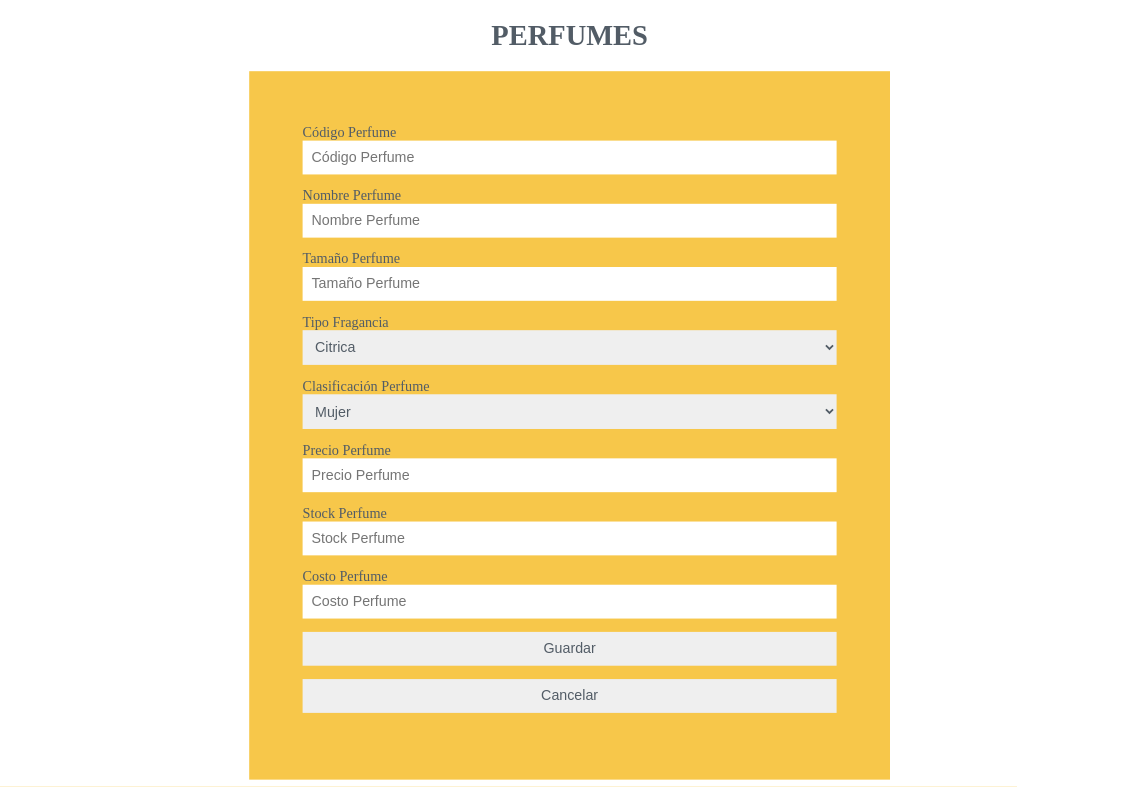
Repository: alejamorenovallejo/arosmile
Page: perfume.html
These files come from the project's save history. The page is drawn as it stood at one moment and after the next save; the edit follows.
The browser window is 1280 px wide. The pictures show the whole page, at 89% of full size.

Above is the page before, as saved 2021-09-12 02:27:03.
Not found: main.js

### perfume.html
<!DOCTYPE html>
<html>
  <head>
    <meta charset="utf-8" />
    <meta http-equiv="X-UA-Compatible" content="IE=edge" />
    <title>Perfumes</title>
    <meta name="viewport" content="width=device-width, initial-scale=1" />
    <link
      rel="stylesheet"
      type="text/css"
      media="screen"
      href="css/style.css"
    />
    <script src="main.js"></script>
  </head>
  <body>
    <header></header>
    <main>
        <h1>PERFUMES</h1>
        <form action="" method="POST">
          <label for="codigo_perfume">
            <span>Código Perfume</span>
            <input
              type="text"
              id="codigo_perfume"
              name="codigo_perfume"
              placeholder="Código Perfume"
            />
          </label>
          <label for="nombre_perfume">
            <span>Nombre Perfume</span>
            <input
              type="text"
              id="nombre_perfume"
              name="nombre_perfume"
              placeholder="Nombre Perfume"
            />
          </label>
          <label for="tamano_perfume">
            <span>Tamaño Perfume</span>
            <input
              type="number"
              id="tamano_perfume"
              name="tamano_perfume"
              placeholder="Tamaño Perfume"
            />
          </label>
          <label for="tipo_frangancia">
            <span>Tipo Fragancia</span>
            <select
              name="tipo_frangancia"
              id="tipo_frangancia"
              placeholder="Tipo Fragancia"
            >
              <option value="1">Citrica</option>
            </select>
          </label>
          <label for="clasificacion_perfume">
            <span>Clasificación Perfume</span>
            <select
              name="clasificacion_perfume"
              id="clasificacion_perfume"
              placeholder="Clasificación Perfume"
            >
              <option value="1">Mujer</option>
              <option value="2">Hombre</option>
              <option value="3">Infantil</option>
            </select>
          </label>
          <label for="precio_perfume">
            <span>Precio Perfume</span>
            <input
              type="number"
              id="precio_perfume"
              name="precio_perfume"
              placeholder="Precio Perfume"
            />
          </label>
          <label for="stock_perfume">
            <span>Stock Perfume</span>
            <input
              type="number"
              id="stock_perfume"
              name="stock_perfume"
              placeholder="Stock Perfume"
            />
          </label>
          <label for="costo_perfume">
            <span>Costo Perfume</span>
            <input
              type="number"
              id="costo_perfume"
              name="costo_perfume"
              placeholder="Costo Perfume"
            />
          </label>
          <input
            type="submit"
            id="guardar_perfume"
            name="guardar_perfume"
            value="Guardar"
          />
          <input
            type="button"
            id="cancelar_perfume"
            name="cancelar_perfume"
            value="Cancelar"
          />
        </form>
    </main>
  </body>
</html>

### css/style.css
form {
  padding: 60px;
  max-width: 600px;
  background-color: #F7C74A;
  margin: 0 auto;
}
form input, form select{
    margin-bottom: 15px;
    width: 100%;
    padding: 10px;
    box-sizing: border-box;
    border: none;
    color: #525c66;
    font-size: 1em;
    resize: horizontal;
}

h1 {
    text-align: center;
    color: #525c66;

}

label {
    font-size: 1em;
    color: #525c66;

}

After the next save:
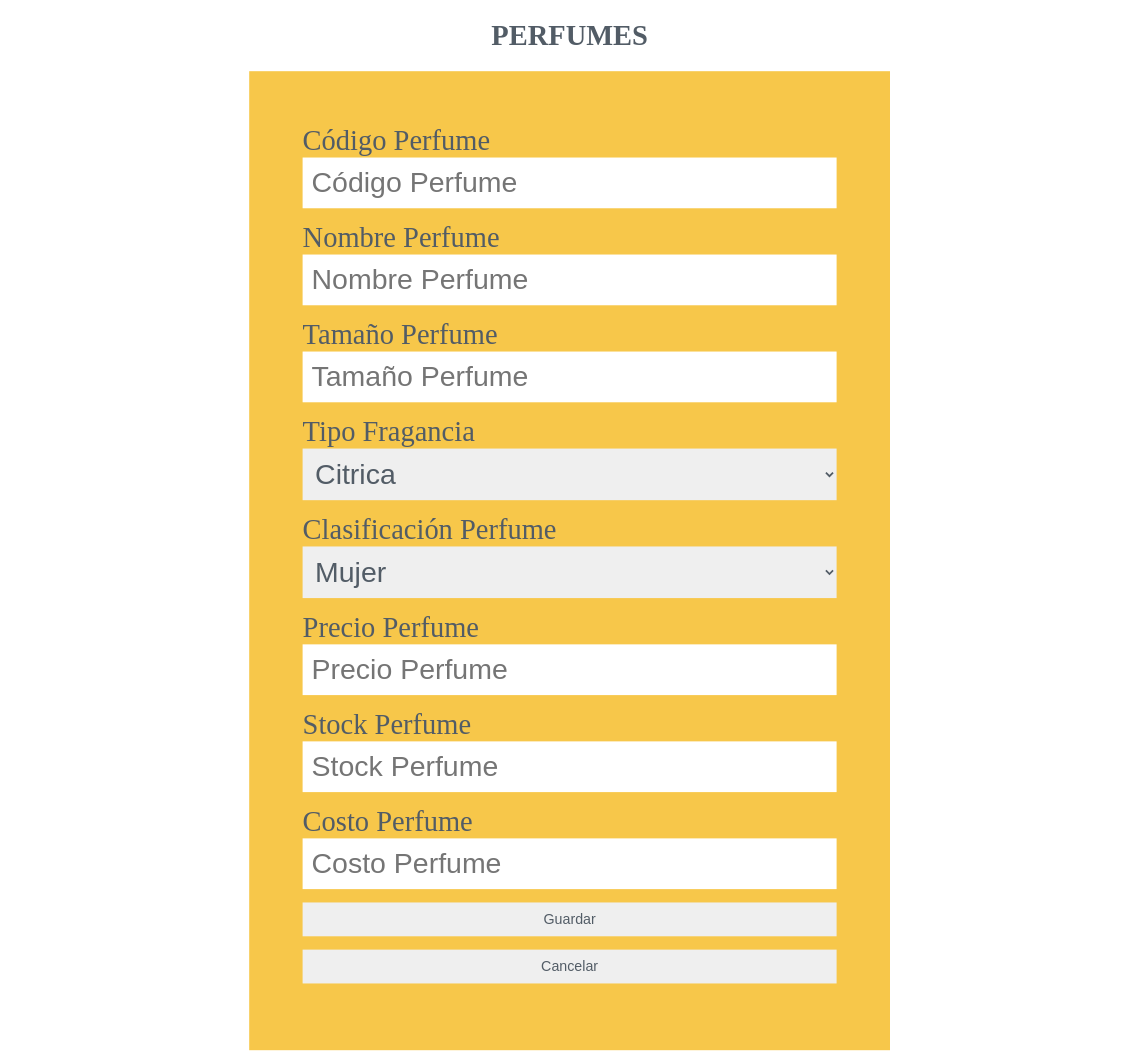
Saved 16 s later.
--- a/css/style.css
+++ b/css/style.css
@@ -22,7 +22,7 @@
 }
 
 label {
-    font-size: 1em;
+    font-size: 2em;
     color: #525c66;
 
 }

After the save that followed:
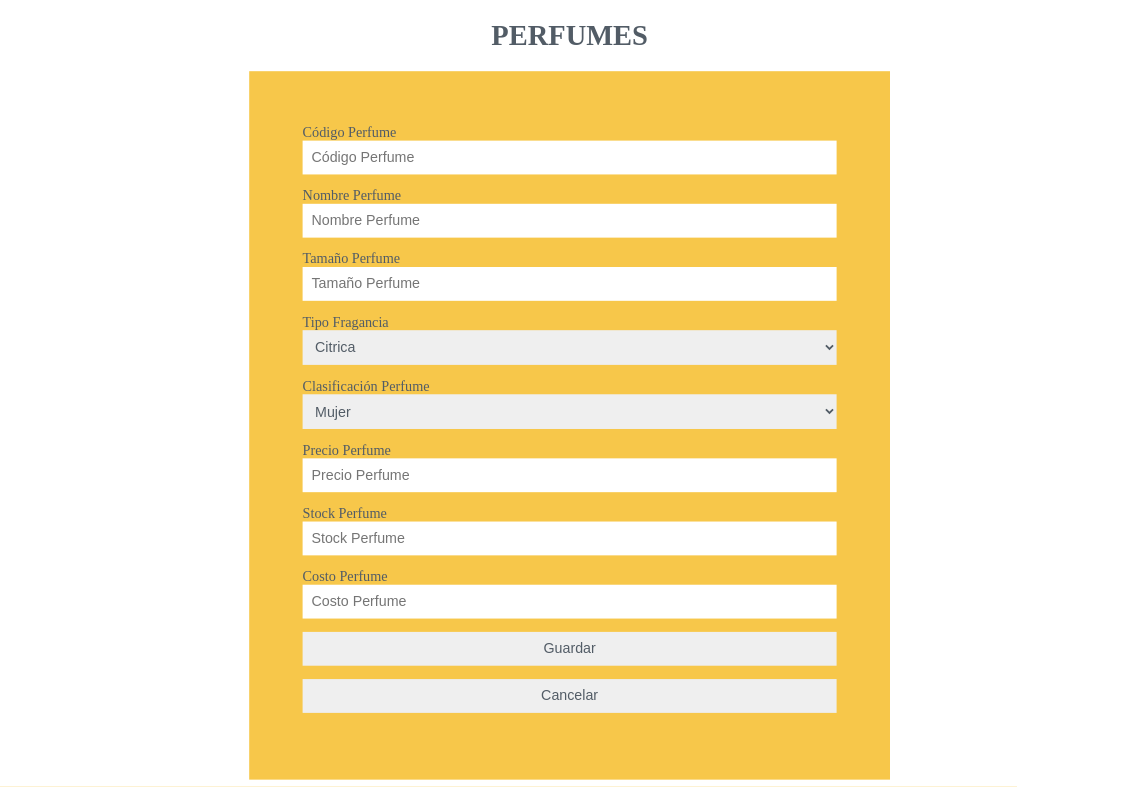
Saved 8 s later.
--- a/css/style.css
+++ b/css/style.css
@@ -22,7 +22,7 @@
 }
 
 label {
-    font-size: 2em;
+    font-size: 1em;
     color: #525c66;
 
 }
